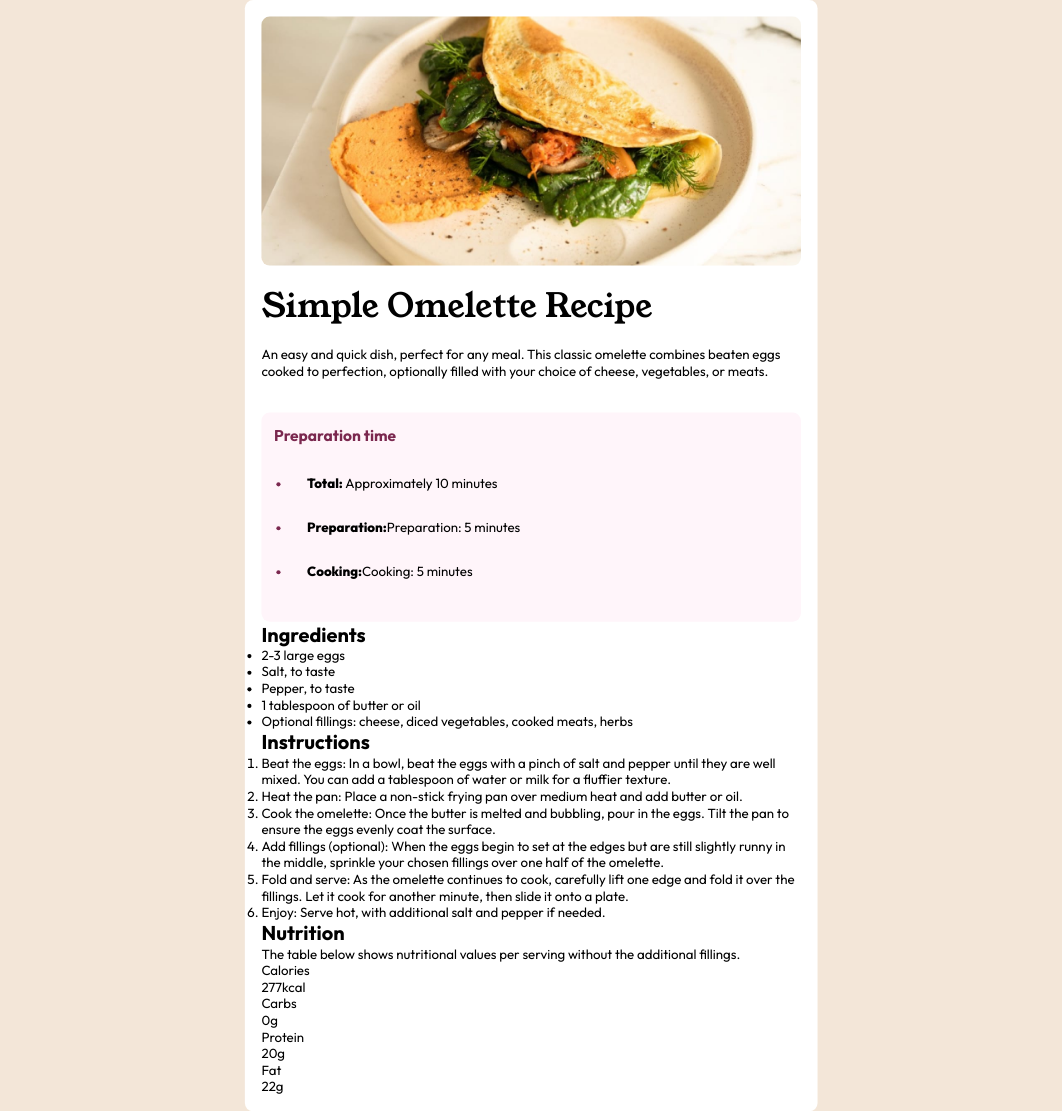
Repository: reemoon-ctrl/mine-recipe-page-main
Page: index1.html
The author's editor kept a copy of each file at every save. The page is drawn from the files as they stood at one save, then again after the next save.
The browser window is 1280 px wide. The pictures show the whole page, at 83% of full size.

Above is the page before, as saved 2024-08-11 15:42:07.

### index1.html
<!DOCTYPE html>
<html lang="en">
<head>
    <meta charset="UTF-8">

    <style>
        @import url('https://fonts.googleapis.com/css2?family=Open+Sans:ital,wght@0,300..800;1,300..800&family=Outfit:wght@100..900&family=Poppins:ital,wght@0,100;0,200;0,300;0,400;0,500;0,600;0,700;0,800;0,900;1,100;1,200;1,300;1,400;1,500;1,600;1,700;1,800;1,900&family=Young+Serif&display=swap');
        @import url('https://fonts.googleapis.com/css2?family=Open+Sans:ital,wght@0,300..800;1,300..800&family=Poppins:ital,wght@0,100;0,200;0,300;0,400;0,500;0,600;0,700;0,800;0,900;1,100;1,200;1,300;1,400;1,500;1,600;1,700;1,800;1,900&family=Young+Serif&display=swap');
    </style>
        <meta name="viewport" content="width=device-width, initial-scale=1.0">
    <link rel="stylesheet" href="/style.css">
    <title>ommelette</title>
</head>
<body>
    <div class="page-center">
        <div class="container">
            <header>
            <div class="rec-img"></div>
            <h1>Simple Omelette Recipe</h1>

            <p>An easy and quick dish, perfect for any meal.
            This classic omelette combines beaten eggs cooked
            to perfection, optionally filled with your choice
            of cheese,
            vegetables, or meats.</p>
            </header>

            <div class="prep-time">
                <h3>Preparation time</h3>


                <ul>
                <li><span class="dark">Total:</span> Approximately 10 minutes</li>
                <li><span class="dark">Preparation:</span>Preparation: 5 minutes</li>
                <li><span class="dark">Cooking:</span>Cooking: 5 minutes</li>
                </ul>
            </div>

            <h2>Ingredients</h2>
            <ul>
            <li>2-3 large eggs</li>
            <li>Salt, to taste</li>
            <li>Pepper, to taste</li>
            <li>1 tablespoon of butter or oil</li>
            <li>Optional fillings: cheese, diced vegetables, cooked meats, herbs</li>
            </ul>






            <h2>Instructions</h2>
            <ol>
            <li>Beat the eggs: In a bowl, beat the eggs with a pinch of salt and pepper until they are well mixed.
                You can add a tablespoon of water or milk for a fluffier texture.</li>
            <li>Heat the pan: Place a non-stick frying pan over medium heat and add butter or oil.</li>
            <li>Cook the omelette: Once the butter is melted and bubbling, pour in the eggs. Tilt the pan to ensure
                the eggs evenly coat the surface.</li>
            <li>Add fillings (optional): When the eggs begin to set at the edges but are still slightly runny in the
                middle, sprinkle your chosen fillings over one half of the omelette.</li>
            <li>Fold and serve: As the omelette continues to cook, carefully lift one edge and fold it over the
                fillings. Let it cook for another minute, then slide it onto a plate.</li>
            <li>Enjoy: Serve hot, with additional salt and pepper if needed.</li>
            </ol>

            <h2>Nutrition</h2>

            <p>The table below shows nutritional values per serving without the additional fillings.</p>

            <div>Calories</div>
            <div>277kcal</div>

            <div>Carbs</div>
            <div>0g</div>

            <div>Protein</div>
            <div>20g</div>

            <div>Fat</div>
            <div>22g</div>
         </div>
    </div>
</body>
</html>

### style.css
*{
    padding: 0;
    margin: 0;
    box-sizing: border-box;
}
body{
    background: hsl(30, 54%, 90%);
    font-family: "Outfit", sans-serif;
    font-optical-sizing: auto;
    font-weight: 400;
    font-style: normal;

}
.rec-img{


    border-radius:10px ;
    height: 300px;
    background: url('/image-omelette.jpeg')no-repeat center center/cover;
}
.container{
    background: #fff;
    border-radius: 10px;
    margin:auto;
    /* margin: auto; */
    max-width:690px;
    padding: 20px;

}
.page-center{
    height: 100vh;
    display: grid;
    grid-template-columns: 960px;
    align-items: center;
    justify-content:space-around;
}
.prep-time{
    background: hsl(330, 100%, 98%);
    padding: 15px;
    border-radius: 10px;
}
.prep-time li{
    padding: 20px;
}
.prep-time ul{
    padding: 20px;
}
.prep-time ul li{
    line-height: .8;
}
.prep-time ul li::marker {
    color: hsl(332, 51%, 32%);
  }

.prep-time h3{
    color: hsl(332, 51%, 32%);
    /*  */

}
.dark{
    font-weight: 800;
}
h1{
    padding: 20px 0;
    font-size: 40px;
    font-family: "Young Serif", serif;
    font-weight: 400;
    font-style: normal;
}
header p{
    padding-bottom:40px ;
    font-size: 16px;
}

After the next save:
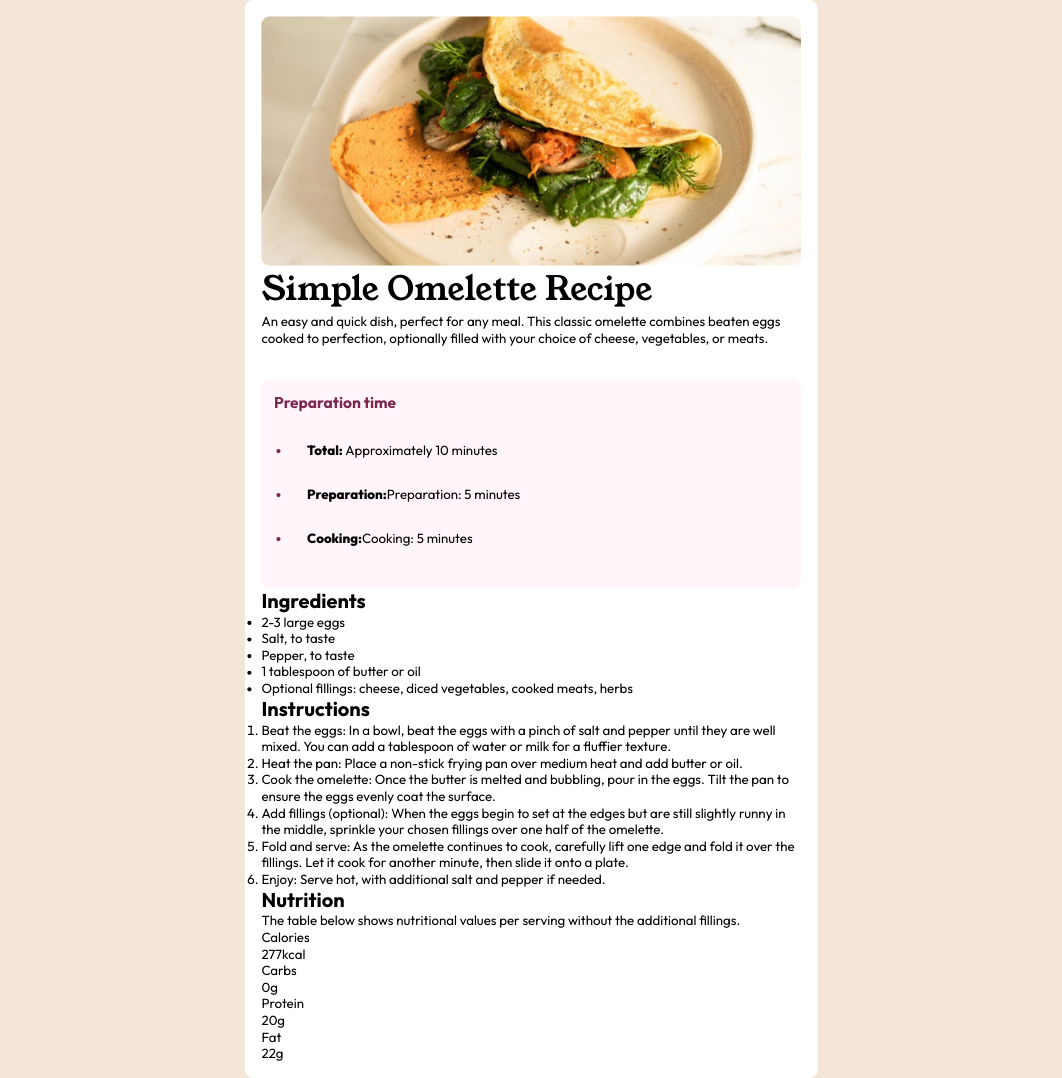
Saved 97 s later.
--- a/style.css
+++ b/style.css
@@ -61,6 +61,7 @@
     font-weight: 800;
 }
 h1{
+    hsl(24, 5%, 18%)
     padding: 20px 0;
     font-size: 40px;
     font-family: "Young Serif", serif;

After the 3 saves that followed:
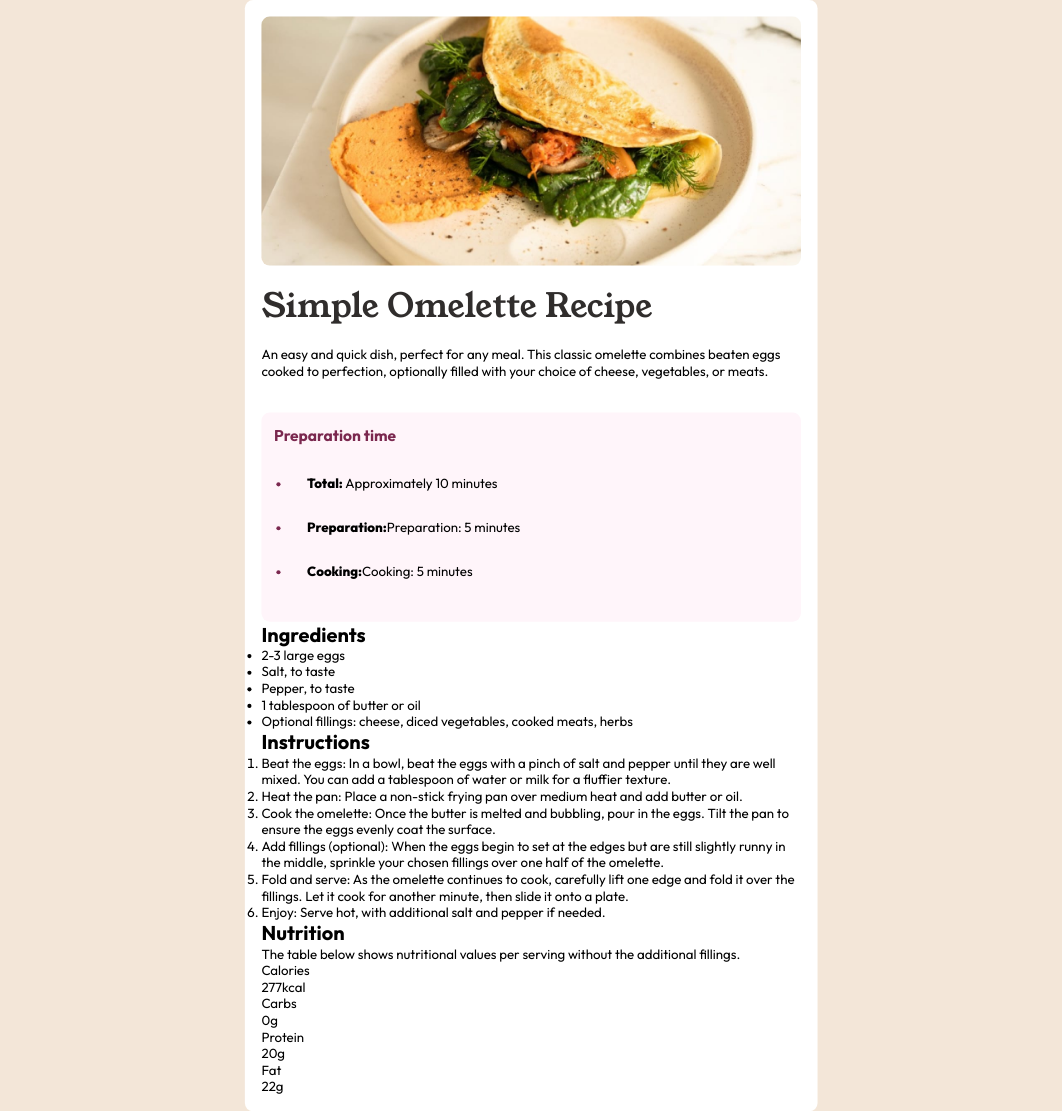
The 3 saves are shown as one change because they came seconds apart.
The last was saved 8 s later.
--- a/style.css
+++ b/style.css
@@ -61,7 +61,7 @@
     font-weight: 800;
 }
 h1{
-    hsl(24, 5%, 18%)
+    color:hsl(24, 5%, 18%);
     padding: 20px 0;
     font-size: 40px;
     font-family: "Young Serif", serif;
